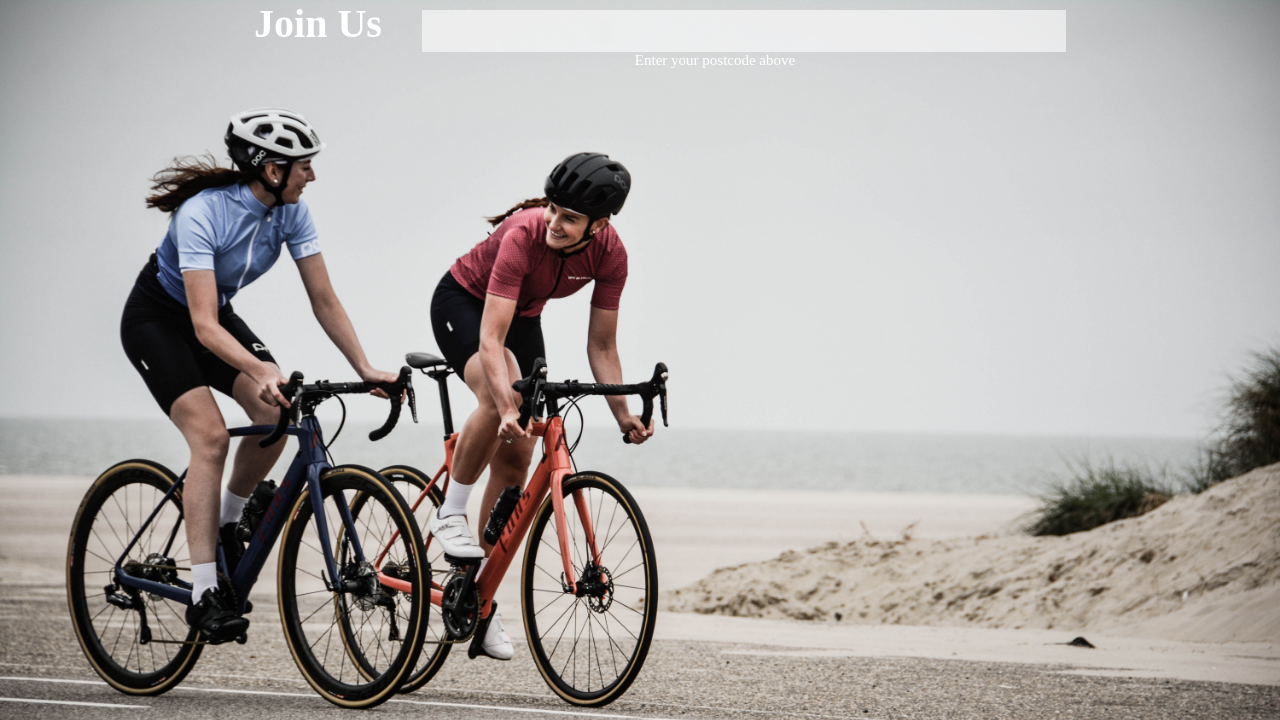
Repository: donnrri/CycleDemo
Page: /
These files come from the project's save history. The page is drawn as it stood at one moment and after the next save; the edit follows.
The browser window is 1280 px wide. The pictures show the whole page.
Some web fonts or font styles are not loaded; a fallback is used. The project was rebuilt for these pictures with package versions that can differ from the ones it lists, and the page was loaded fresh each time.

Above is the page before, as saved 2020-11-07 15:18:20.

### public/index.html
<!DOCTYPE html>
<html lang="en">
  <head>
    <meta charset="utf-8" />
    <link rel="icon" href="%PUBLIC_URL%/favicon.ico" />
    <link href="https://fonts.googleapis.com/css2?family=Big+Shoulders+Inline+Text&display=swap" rel="stylesheet">
    <meta name="viewport" content="width=device-width, initial-scale=1" />
    <meta name="theme-color" content="#000000" />
    <meta
      name="description"
      content="Web site created using create-react-app"
    />
    <link rel="apple-touch-icon" href="%PUBLIC_URL%/logo192.png" />
    <!--
      manifest.json provides metadata used when your web app is installed on a
      user's mobile device or desktop. See https://developers.google.com/web/fundamentals/web-app-manifest/
    -->
    <link rel="manifest" href="%PUBLIC_URL%/manifest.json" />
    <!--
      Notice the use of %PUBLIC_URL% in the tags above.
      It will be replaced with the URL of the `public` folder during the build.
      Only files inside the `public` folder can be referenced from the HTML.

      Unlike "/favicon.ico" or "favicon.ico", "%PUBLIC_URL%/favicon.ico" will
      work correctly both with client-side routing and a non-root public URL.
      Learn how to configure a non-root public URL by running `npm run build`.
    -->
    <title>React App</title>
  </head>
  <body>
    <noscript>You need to enable JavaScript to run this app.</noscript>
    <div id="root"></div>
    <!--
      This HTML file is a template.
      If you open it directly in the browser, you will see an empty page.

      You can add webfonts, meta tags, or analytics to this file.
      The build step will place the bundled scripts into the <body> tag.

      To begin the development, run `npm start` or `yarn start`.
      To create a production bundle, use `npm run build` or `yarn build`.
    -->
  </body>
</html>

### src/App.js
import React, {useState, useRef} from 'react'
import {calculateDistanceBetween} from './app-utils'
import './App.css';
const charThreshold = 5
const testlatlang = {lat:52.495953,	lang:-1.894214}

const users = [

  {
  firstname: 'Maxine',
  lat: 52.47893,
  lang: -1.902936,
  pc: "B1 1BD"
  },
  {
    firstname: 'Mohammed',
    lat: 52.474823,
    lang: -1.899623,
    pc: "B1 1EG"
    },
    {
      firstname: 'Etzy',
      lat: 52.48553,
      lang: -1.91163,
      pc: "B1 38D"
      },
      {
        firstname: 'Jooma',
        lat: 52.45917,
        lang: -1.841305,
        pc: "B10 0HD"
        },
        {
          firstname: 'Coleen',
          lat: 52.46552,
          lang: -1.846149,
          pc: "B10 2AD"
          },
          {
            firstname: 'Raffa',
            lat: 52.497278,
            lang: -1.898291,
            pc: "B19 2AD"
            },
            {
              firstname: 'Petre',
              lat: 52.502903,
              lang: -1.904936,
              pc: "B19 2TS"
              },
              {
                firstname: 'Susan',
                lat: 52.532873,
                lang: -1.786201,
                pc: "B76 BAD"
                },
                {
                  firstname: 'Henning',
                  lat: 52.648155,
                  lang: -1.690763,
                  pc: "B79 8SL"
                  }

]
function App() {

  const [showSendMessage, setShowSendMessage] = useState(false)
  const [buddies , setBuddies] = useState([])
  const charCountRef = useRef(0)
  function handleOnChange({target:{value}}){
    charCountRef.current = value.length
    if(charCountRef.current >= charThreshold){
      setShowSendMessage(true)
    }else{
      if(showSendMessage) setShowSendMessage(false)
    }
  }

  function onSubmit(e){
    e.preventDefault()
    //get lat lang
    let {lat, lang} = testlatlang
    let calcDist = calculateDistanceBetween(lat, lang)
    let result = users.map(({firstname, lat, lang}) =>{
        let n = calcDist(lat, lang)
        let km = Math.round(n * 10) / 10
        return {firstname, dist:km}
    } )

    result.sort((a, b) => {
      return a.dist - b.dist;
  });


    setBuddies( result.slice(0, 4))
  }


  return (
    <div className="app" >
    {
      buddies ?
      <form>
        <label className="bloop-label" htmlFor="bloop-input">Join Us</label>
        <input type="text" name="bloop-input" className="user-input" onChange={handleOnChange}/>
       </form>
       :
       <button className='sub-label'> Sign Up</button>
    }

      {
        showSendMessage ?
        <input type="submit" value="Click me" onClick={onSubmit}  className="sub-label submit"/>
        :
        <div className="sub-label">Enter your postcode above</div>


      }
      {
        buddies.length > 0 &&
        <div className="microsoft container">
        <div className='sub-label buddy-item'> Sign up to meet</div>
        <ul>
        {
          buddies.map(({firstname, dist}, index) => {
            return(
              <li className='sub-label buddy-item' key={index} >{`${firstname} is just ${dist}km from you`}</li>
            )
          })
        }

        </ul>

       </div>
      }

    </div>
  );
}

export default App;

### src/app-utils.js
export function calculateDistanceBetween(lat1,lon1, unit ='km'){
    return function (lat2,lon2,) {

        if ((lat1 === lat2) && (lon1 === lon2)) {
            return 0;
        }
        else {
            var radlat1 = Math.PI * lat1/180;
            var radlat2 = Math.PI * lat2/180;
            var theta = lon1-lon2;
            var radtheta = Math.PI * theta/180;
            var dist = Math.sin(radlat1) * Math.sin(radlat2) + Math.cos(radlat1) * Math.cos(radlat2) * Math.cos(radtheta);
            if (dist > 1) {
                dist = 1;
            }
            dist = Math.acos(dist);
            dist = dist * 180/Math.PI;
            dist = dist * 60 * 1.1515;
            if (unit==="km") { dist = dist * 1.609344 }
            if (unit==="miles") { dist = dist * 0.8684 }
            return dist;
        }
    }
}

### src/App.css
.app {
  position: relative;
  background-image: url("./assets/cyc.jpg");
  -webkit-background-size: cover;
  -moz-background-size: cover;
  -o-background-size: cover;
  background-size: cover;
  text-align: center;
  width: 100vw;
  height: 100vh;
}

.bloop-label {
  padding: 1em;
  margin-top: 1em;
  font-size: 40px;
  font-weight: 800;
  color: white;
  font-family: "Big Shoulders Inline Text", cursive;
}

.sub-label {
  margin-left: 10em;
  font-size: 15px;
  font-weight: 400;
  color: white;
  font-family: "Big Shoulders Inline Text", cursive;
  animation: fadeIn ease 0.5s;
  -webkit-animation: fadeIn ease 0.5s;
  -moz-animation: fadeIn ease 0.5s;
  -o-animation: fadeIn ease 0.5s;
  -ms-animation: fadeIn ease 0.5s;
}

.submit {
  font-size: 18px;
  font-weight: 600;
  border: none;
  background-color: transparent;
}

.user-input {
  width: 50%;
  height: 40px;
  border: none;
  font-size: 20px;
  opacity: 0.6;
  background: white;
  text-align: center;
}

.user-input:focus {
  border-color: aliceblue;
  opacity: 0.8;
}

@keyframes blink {
  0% {
    opacity: 0;
  }
  50% {
    opacity: 1;
  }
  100% {
    opacity: 0;
  }
}

@keyframes letter {
  0% {
    color: #004f75;
    transform: scale(2, 2) translateX(7px);
  }
  100% {
    color: #87d8ff;
    transform: scale(1, 1) translateX(0px);
  }
}

@media screen and (max-width: 480px) {
  .app {
    background-image: url("./assets/cycg.jpg");
  }
  .bloop-label {
    padding: 1.8em;
  }
  .sub-label {
    margin-top: 0.5em;
    margin-left: 10px;
  }
  #frm {
    padding: 1em;
    display: inline-block;
  }
}

.fade-in {
  animation: fadeIn ease 10s;
  -webkit-animation: fadeIn ease 10s;
  -moz-animation: fadeIn ease 10s;
  -o-animation: fadeIn ease 10s;
  -ms-animation: fadeIn ease 10s;
}
@keyframes fadeIn {
  0% {
    opacity: 0;
  }
  100% {
    opacity: 1;
  }
}

@-moz-keyframes fadeIn {
  0% {
    opacity: 0;
  }
  100% {
    opacity: 1;
  }
}

@-webkit-keyframes fadeIn {
  0% {
    opacity: 0;
  }
  100% {
    opacity: 1;
  }
}

@-o-keyframes fadeIn {
  0% {
    opacity: 0;
  }
  100% {
    opacity: 1;
  }
}

@-ms-keyframes fadeIn {
  0% {
    opacity: 0;
  }
  100% {
    opacity: 1;
  }
}
.container {
  margin: 1em auto;
  overflow: hidden;
  background: transparent;
  position: relative;
  box-sizing: border-box;
  text-align: justify;
}

.marquee {
  top: 6em;
  position: relative;
  box-sizing: border-box;
  animation: marquee 15s linear infinite;
}

.marquee:hover {
  animation-play-state: paused;
}

/* Make it move! */
@keyframes marquee {
  0% {
    top: 8em;
  }
  100% {
    top: -100em;
  }
}

/* Make it look pretty */
.microsoft .marquee {
  margin: 0;
  padding: 0 1em;
  line-height: 1.5em;
  font: 14px Georgia, Tahoma, Helvetica, Sans-Serif;
  line-height: 1.5;
}

.microsoft:before,
.microsoft::before,
.microsoft:after,
.microsoft::after {
  left: 0;
  z-index: 1;
  content: "";
  position: absolute;
  pointer-events: none;
  width: 100%;
  height: 2em;
  background-color: transparent;
}

.microsoft:after,
.microsoft::after {
  bottom: 0;
  transform: rotate(180deg);
}

.microsoft:before,
.microsoft::before {
  top: 0;
}

.buddy-item {
  text-align: center;
  height: 30px;
  padding: 0.2em;
  font-size: 22px;
  font-weight: 900;
  opacity: 0.9;
  list-style: none;
  text-decoration: none;
}

Loaded but not shown: src/index.js (common file); src/index.css (common file); src/reportWebVitals.js (common file)

After the next save:
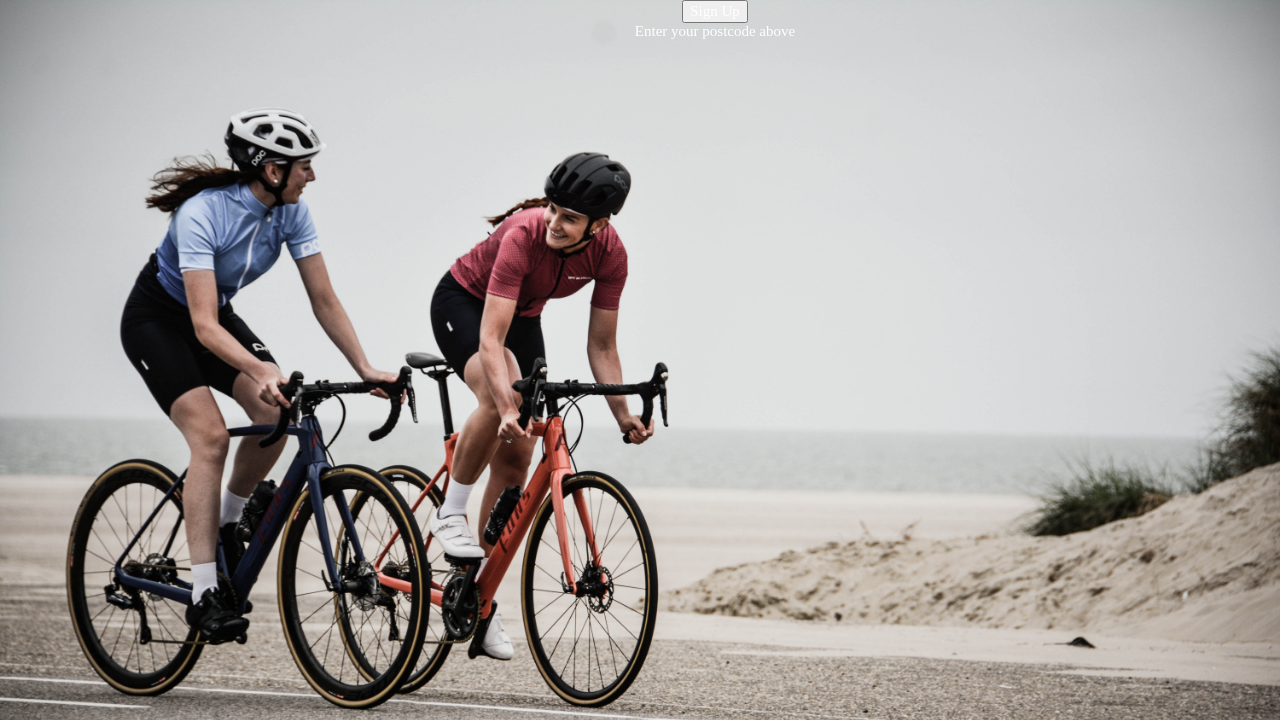
Saved 41 s later.
--- a/src/App.js
+++ b/src/App.js
@@ -99,7 +99,7 @@
   return (
     <div className="app" >
     {
-      buddies ?
+      buddies.length > 0 ?
       <form>
         <label className="bloop-label" htmlFor="bloop-input">Join Us</label>
         <input type="text" name="bloop-input" className="user-input" onChange={handleOnChange}/>

After the save that followed:
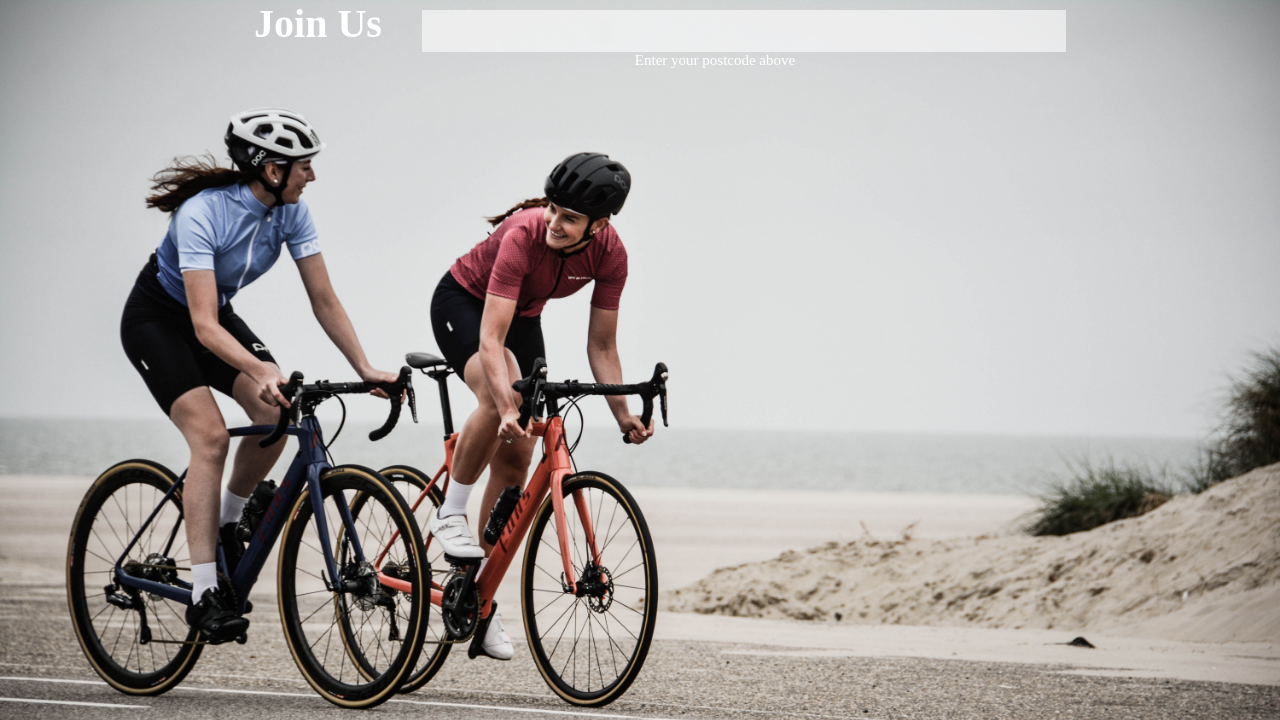
Saved 36 s later.
--- a/src/App.js
+++ b/src/App.js
@@ -100,12 +100,13 @@
     <div className="app" >
     {
       buddies.length > 0 ?
+      <button className='sub-label'> Sign Up</button>
+      :
       <form>
         <label className="bloop-label" htmlFor="bloop-input">Join Us</label>
         <input type="text" name="bloop-input" className="user-input" onChange={handleOnChange}/>
        </form>
-       :
-       <button className='sub-label'> Sign Up</button>
+
     }
 
       {
